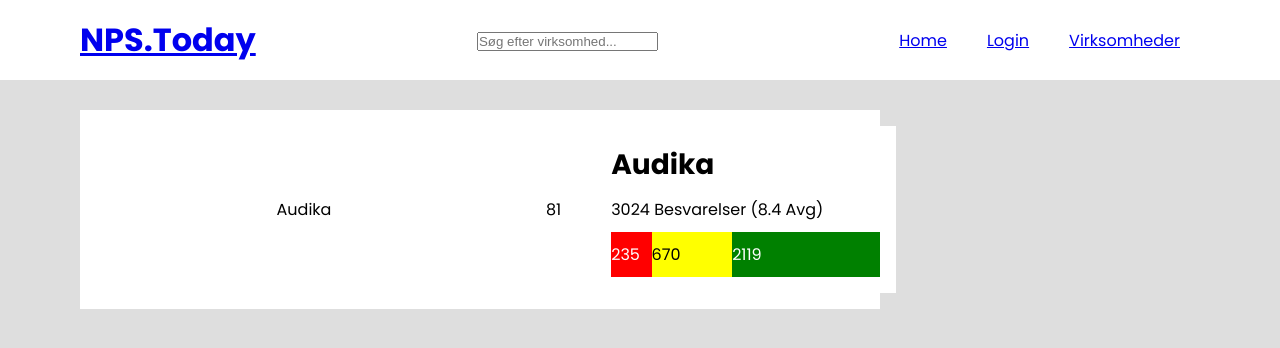
Repository: Shaydx/reviews
Page: /
These files come from the project's save history. The page is drawn as it stood at one moment and after the next save; the edit follows.
The browser window is 1280 px wide. The pictures show the whole page.
The project was rebuilt for these pictures with package versions that can differ from the ones it lists, and the page was loaded fresh each time.

Above is the page before, as saved 2020-10-13 16:44:38.

### public/index.html
<!DOCTYPE html>
<html lang="en">

<head>
  <meta charset="utf-8" />
  <link rel="icon" href="%PUBLIC_URL%/favicon.ico" />
  <meta name="viewport" content="width=device-width, initial-scale=1" />
  <meta name="theme-color" content="#000000" />
  <meta name="description" content="Web site created using create-react-app" />
  <link rel="apple-touch-icon" href="%PUBLIC_URL%/logo192.png" />
  <!--
      manifest.json provides metadata used when your web app is installed on a
      user's mobile device or desktop. See https://developers.google.com/web/fundamentals/web-app-manifest/
    -->
  <link rel="manifest" href="%PUBLIC_URL%/manifest.json" />
  <!--
      Notice the use of %PUBLIC_URL% in the tags above.
      It will be replaced with the URL of the `public` folder during the build.
      Only files inside the `public` folder can be referenced from the HTML.

      Unlike "/favicon.ico" or "favicon.ico", "%PUBLIC_URL%/favicon.ico" will
      work correctly both with client-side routing and a non-root public URL.
      Learn how to configure a non-root public URL by running `npm run build`.
    -->
  <title>NPS.Today - Reviews</title>
</head>

<body>
  <noscript>You need to enable JavaScript to run this app.</noscript>
  <div id="root"></div>
  <!--
      This HTML file is a template.
      If you open it directly in the browser, you will see an empty page.

      You can add webfonts, meta tags, or analytics to this file.
      The build step will place the bundled scripts into the <body> tag.

      To begin the development, run `npm start` or `yarn start`.
      To create a production bundle, use `npm run build` or `yarn build`.
    -->
</body>

</html>

### src/index.css
@import url("https://fonts.googleapis.com/css2?family=Poppins:wght@300;400;700&display=swap");

* {
  margin: 0;
  padding: 0;
  box-sizing: border-box;
}

body {
  max-width: 1440px;
  margin: 0 auto;
  font-family: "Poppins", sans-serif;
}

### src/App.js
import React from "react";
import { BrowserRouter as Router } from "react-router-dom";

// Styling
import "./assets/app.scss";

// Components
import Header from "./components/Header/Header";

// Routing
import Content from "./components/Routing/Routing";

function App() {
  return (
    <Router>
      <Header />
      <main>
        <Content />
      </main>
    </Router>
  );
}

export default App;

### src/assets/app.scss
// Abstracts
@import "./abstracts/variables";
@import "./abstracts/functions";

// Global
@import "./base/global";

// Partials
@import "./partials/header";

// Components
@import "./components/navbar";
@import "./components/analytics";

### src/components/Header/Header.js
import React from "react";

// Components
import Logo from "./Logo/Logo";
import Search from "./Search/Search";
import NavBar from "./Navbar/Navbar";

// Pages

const Header = () => {
  return (
    <div className="header-container">
      <Logo />
      <Search />
      <NavBar />
    </div>
  );
};

export default Header;

### src/components/Routing/Routing.js
import React from "react";
import { Switch, Route } from "react-router-dom";

// Pages
import Home from "../../pages/Home";

const Routing = () => {
  return (
    <Switch>
      <Route exact path={["/", "/home"]} component={Home} />
    </Switch>
  );
};

export default Routing;

### src/assets/abstracts/_variables.scss
// Colors
$red: #d62725;
$yellow: #fdc619;
$green: #00a46e;
$black: #3c3c3c;
$white: #ffffff;

$primary: $red;
$secondary: $green;

$margin: 30px 80px;

### src/assets/abstracts/_functions.scss
html {
  background: #dedede;
}

### src/assets/base/_global.scss
main {
  margin: $margin;
}

.container {
  width: 800px;
  padding: 1rem;
  background: $white;
}

### src/assets/partials/_header.scss
.header-container {
  display: flex;
  justify-content: space-between;
  align-items: center;

  background: $white;
  padding: 1rem 80px;
}

### src/assets/components/_navbar.scss
nav {
  display: flex !important;
  background: #fff;

  ul {
    list-style: none;
    display: flex;
    flex-wrap: wrap;
    justify-content: space-between;
    justify-self: flex-end;
    align-items: center;

    li {
      list-style: none;
      padding: 10px 20px;
    }
  }
}

### src/assets/components/_analytics.scss
#analytics {
  display: grid;
  grid-template-columns: 1fr 1fr;
  grid-template-areas: "Logo Analytics";

  .logo {
    grid-area: Logo;
    align-self: center;
    justify-self: center;
  }

  .analytics {
    display: grid;
    grid-template-columns: 30% 70%;
    grid-template-rows: 1fr 1fr 1fr;
    gap: 0px 0px;
    grid-template-areas:
      "Gauge Name"
      "Gauge total-respondents"
      "Gauge spread";
    grid-area: Analytics;

    .gauge {
      grid-area: Gauge;
      align-self: center;
      justify-self: center;
    }

    .name {
      grid-area: Name;
      align-self: center;
      font-size: 28px;
      font-weight: 700;
    }

    .total-respondents {
      grid-area: total-respondents;
      align-self: center;
    }

    .spread {
      display: grid;
      grid-template-columns: 15% 30% 55%;
      grid-template-rows: 1fr;
      grid-template-areas: "detractors passive promoters";
      grid-area: spread;

      .detractors {
        grid-area: detractors;
        background: red;
        color: white;
        padding: 10px 0;
      }
      .passive {
        grid-area: passive;
        background: yellow;
        padding: 10px 0;
      }
      .promoters {
        grid-area: promoters;
        background: green;
        color: white;
        padding: 10px 0;
      }
    }
  }
}

### src/components/Header/Logo/Logo.js
import React from "react";
import { Link } from "react-router-dom";

function Logo() {
  return (
    <div className="logo">
      <Link to="/">
        <h1>NPS.Today</h1>
      </Link>
    </div>
  );
}

export default Logo;

### src/components/Header/Search/Search.js
import React from "react";

const Search = () => {
  return (
    <div className="search">
      <input
        type="search"
        name="search"
        id="search"
        placeholder="Søg efter virksomhed..."
      />
    </div>
  );
};

export default Search;

### src/components/Header/Navbar/Navbar.js
import React from "react";
import { NavLink } from "react-router-dom";

function Navbar() {
  return (
    <nav className="navigation">
      <ul className="menu">
        <li className="menu-item">
          <NavLink to="/" activeClassName="current-menu-item">
            Home
          </NavLink>
        </li>
        <li className="menu-item">
          <NavLink to="/login" activeClassName="current-menu-item">
            Login
          </NavLink>
        </li>
        <li className="menu-item">
          <NavLink to="/virksomheder" activeClassName="current-menu-item">
            Virksomheder
          </NavLink>
        </li>
      </ul>
    </nav>
  );
}

export default Navbar;

### src/pages/Home.js
import React from "react";

// Components
import Analytics from "../components/Analytics/Analytics";

const Home = () => {
  return (
    <div className="container">
      <Analytics />
    </div>
  );
};

export default Home;

### src/components/Analytics/Analytics.js
import React from "react";

const Analytics = () => {
  return (
    <div id="analytics" className="container">
      <div className="logo">Audika</div>
      <div className="analytics">
        <div className="gauge">
          <span>81</span>
        </div>
        <div className="name">Audika</div>
        <div className="total-respondents">
          3024 Besvarelser
          <span className="avg"> (8.4 Avg)</span>
        </div>
        <div className="spread">
          <div className="detractors">235</div>
          <div className="passive">670</div>
          <div className="promoters">2119</div>
        </div>
      </div>
    </div>
  );
};

export default Analytics;

Loaded but not shown: src/index.js (common file); src/serviceWorker.js (common file)

After the next save:
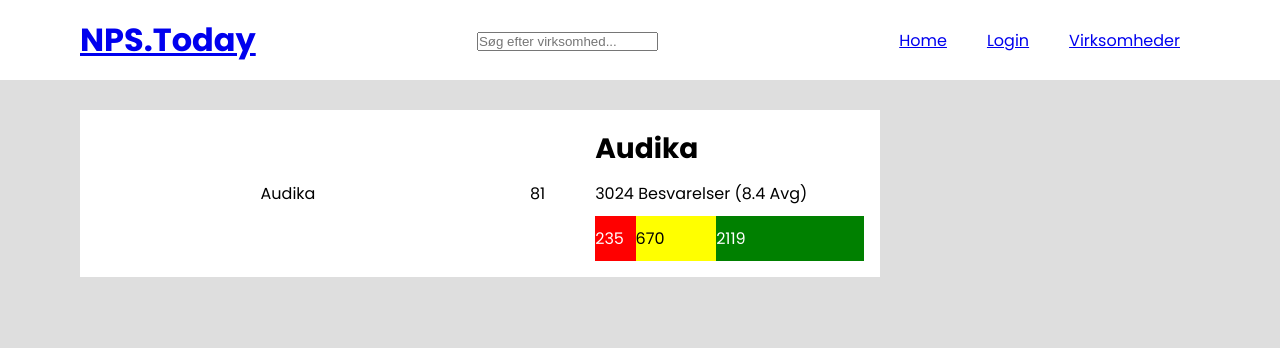
Saved 6 s later.
--- a/src/pages/Home.js
+++ b/src/pages/Home.js
@@ -4,11 +4,7 @@
 import Analytics from "../components/Analytics/Analytics";
 
 const Home = () => {
-  return (
-    <div className="container">
-      <Analytics />
-    </div>
-  );
+  return <Analytics />;
 };
 
 export default Home;
